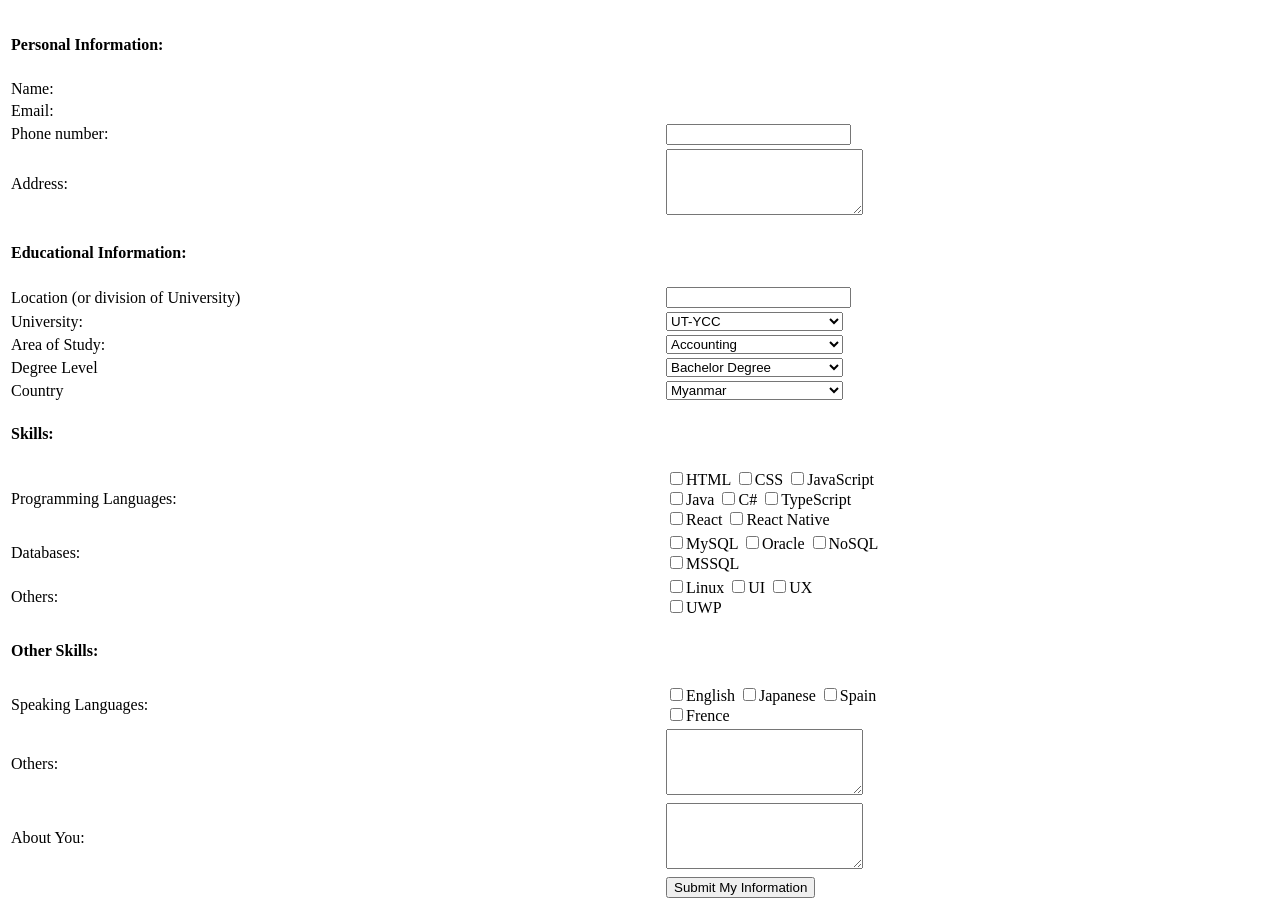
Repository: mrhpn/JavaEE--JSP-SERVLET
Page: http://localhost/JSP_JSTL/read-cv-form.jsp
The author's editor kept a copy of each file at every save. The page is drawn from the files as they stood at one save, then again after the next save.
The browser window is 1280 px wide. The pictures show the whole page.
The page is served by Tomcat 9.

Above is the page before, as saved 2021-04-01 11:04:33.

### JSP_JSTL/WebContent/read-cv-form.jsp
<%@ page language="java" contentType="text/html; charset=ISO-8859-1"
    pageEncoding="ISO-8859-1"%>
<!DOCTYPE html>
<html>
<head>
<meta charset="ISO-8859-1">
<title>Insert title here</title>
</head>
<body>
	<table style="width: 100%">
			<tr>
				<th></th>
				<th></th>
			</tr>
			<tr>
				<td>
					<h4>Personal Information:</h4>
				</td>
			</tr>
			<tr>
				<td>Name:</td>
				<td>${param.name}</td>
			</tr>
			<tr>
				<td>Email:</td>
				<td>${param.email}</td>
			</tr>
			<tr>
				<td>Phone number:</td>
				<td><input type="tel" name="phone" /></td>
			</tr>
			<tr>
				<td>Address:</td>
				<td><textarea rows="4" cols="22" name="address"></textarea></td>
			</tr>
			<tr>
				<td>
					<h4>Educational Information:</h4>
				</td>
			</tr>
			<tr>
				<td>Location (or division of University)</td>
				<td><input type="text" name="division"></td>
			</tr>
			<tr>
				<td>University:</td>
				<td><select name="university" required="required"
					style="width: 177px">
						<option disabled="disabled">Choose University</option>
						<option value="utycc">UT-YCC</option>
						<option value="ucsy">UCSY</option>
						<option value="ucsm">UCSM</option>
				</select></td>
			</tr>
			<tr>
				<td>Area of Study:</td>
				<td><select name="areaOfStudy" required="required"
					style="width: 177px">
						<option disabled="disabled">Choose Area of Study</option>
						<option value="Accounting">Accounting</option>
						<option value="Art">Art</option>
						<option value="Information Technology">Information
							Technology</option>
				</select></td>
			</tr>
			<tr>
				<td>Degree Level</td>
				<td><select name="degreeLevel" required="required"
					style="width: 177px">
						<option disabled="disabled">Choose Degree Level</option>
						<option value="be">Bachelor Degree</option>
						<option value="me">Master Degree</option>
						<option value="phd">PHD</option>
				</select></td>
			</tr>
			<tr>
				<td>Country</td>
				<td><select name="country" required="required"
					style="width: 177px">
						<option disabled="disabled">Choose Country</option>
						<option value="Myanmar">Myanmar</option>
						<option value="UK">UK</option>
						<option value="USA">USA</option>
				</select></td>
			</tr>
			<tr>
				<td>
					<h4>Skills:</h4>
				</td>
			</tr>
			<tr>
				<td>Programming Languages:</td>
				<td><input type="checkbox" name="skillLanguages" value="HTML" />HTML
					<input type="checkbox" name="skillLanguages" value="CSS" />CSS <input
					type="checkbox" name="skillLanguages" value="JavaScript" />JavaScript
					<br> <input type="checkbox" name="skillLanguages" value="Java" />Java
					<input type="checkbox" name="skillLanguages" value="C#" />C# <input
					type="checkbox" name="skillLanguages" value="TypeScript" />TypeScript
					<br> <input type="checkbox" name="skillLanguages"
					value="React" />React <input type="checkbox" name="skillLanguages"
					value="React Native" />React Native <br></td>
			</tr>
			<tr>
				<td>Databases:</td>
				<td><input type="checkbox" name="skillDatabases" value="MySQL" />MySQL
					<input type="checkbox" name="skillDatabases" value="Oracle" />Oracle
					<input type="checkbox" name="skillDatabases" value="NoSQL" />NoSQL
					<br> <input type="checkbox" name="skillDatabases"
					value="MSSQL" />MSSQL</td>
			</tr>
			<tr>
				<td>Others:</td>
				<td><input type="checkbox" name="skillOthers" value="Linux" />Linux
					<input type="checkbox" name="skillOthers" value="UI" />UI <input
					type="checkbox" name="skillOthers" value="UX" />UX <br> <input
					type="checkbox" name="skillOthers" value="UWP" />UWP</td>
			</tr>
			<tr>
				<td>
					<h4>Other Skills:</h4>
				</td>
			</tr>
			<tr>
				<td>Speaking Languages:</td>
				<td><input type="checkbox" name="skillLanguages"
					value="English" />English <input type="checkbox"
					name="skillLanguages" value="Japanese" />Japanese <input
					type="checkbox" name="skillLanguages" value="Spain" />Spain <br>
					<input type="checkbox" name="skillLanguages" value="Java" />Frence
				</td>
			</tr>
			<tr>
				<td>Others:</td>
				<td><textarea rows="4" cols="22" name="otherSkillsText"></textarea>
				</td>
			</tr>
			<tr>
				<td>About You:</td>
				<td><textarea rows="4" cols="22" name="aboutYou"></textarea></td>
			</tr>
			<tr>
				<td></td>
				<td><input type="submit" value="Submit My Information">
			</tr>
		</table>
</body>
</html>

After the next save:
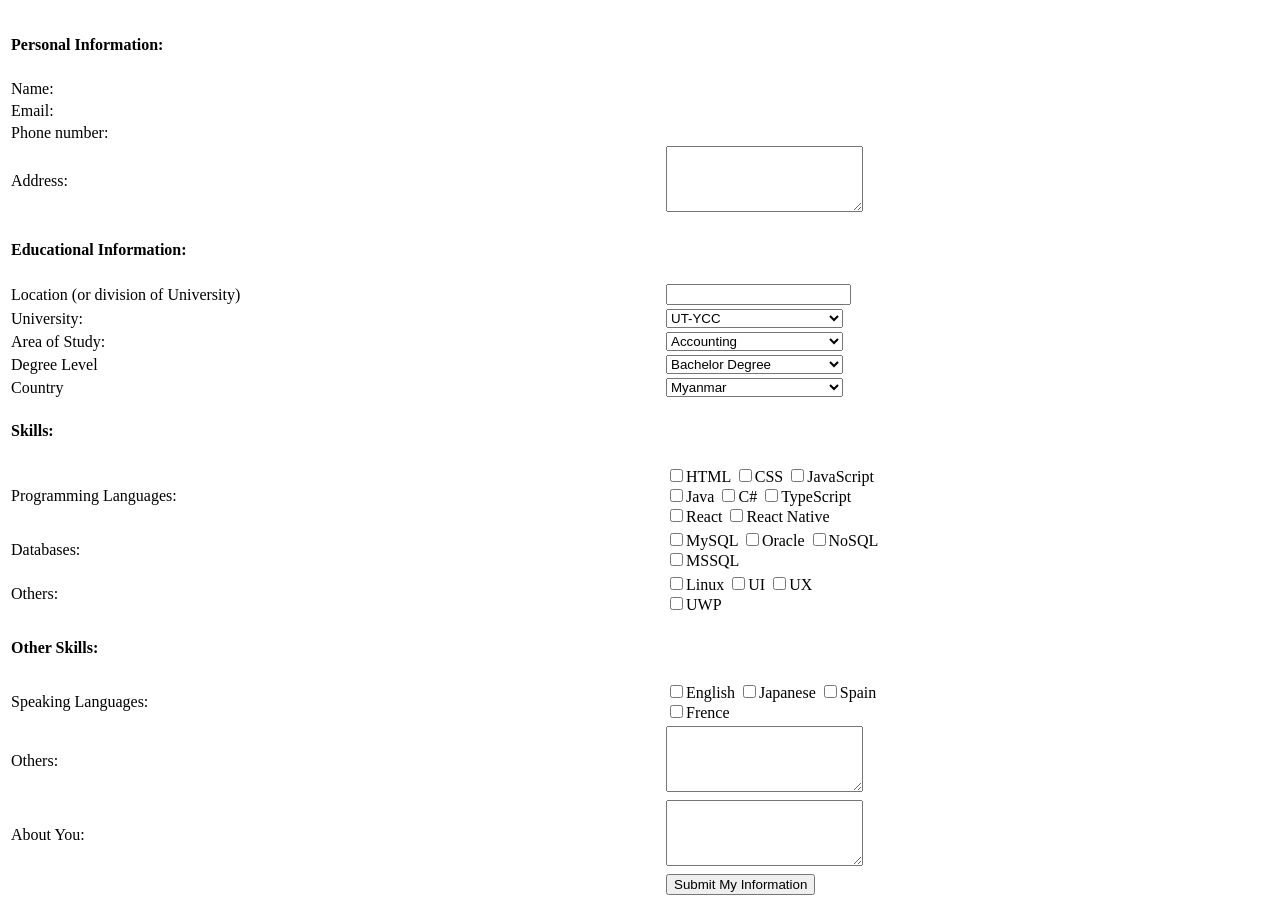
Saved 26 s later.
--- a/JSP_JSTL/WebContent/read-cv-form.jsp
+++ b/JSP_JSTL/WebContent/read-cv-form.jsp
@@ -27,7 +27,7 @@
 			</tr>
 			<tr>
 				<td>Phone number:</td>
-				<td><input type="tel" name="phone" /></td>
+				<td>${param.phone}</td>
 			</tr>
 			<tr>
 				<td>Address:</td>
